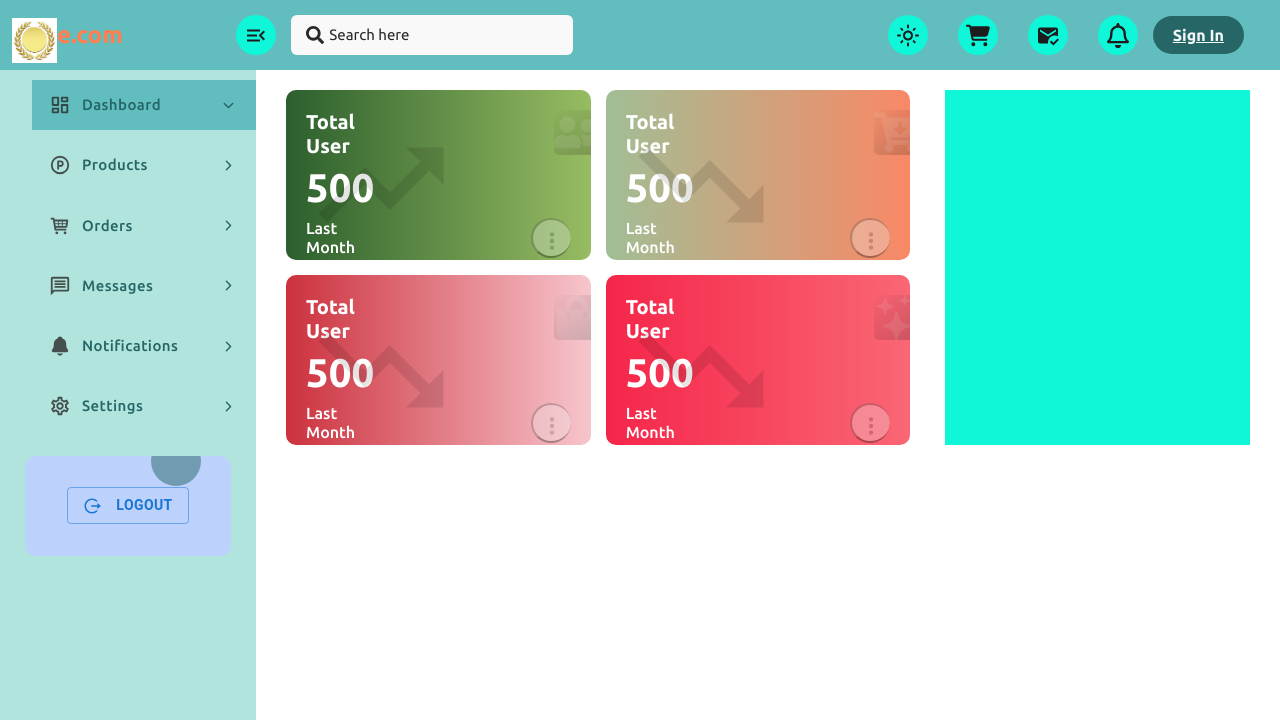
Repository: gautamsonam011/admin-react-dashboard
Page: /
These files come from the project's save history. The page is drawn as it stood at one moment and after the next save; the edit follows.
The browser window is 1280 px wide. The pictures show the whole page.
The project was rebuilt for these pictures with package versions that can differ from the ones it lists, and the page was loaded fresh each time. Also part of the build but not shown: src/pages/Login/index.jsx, src/pages/SignUp/index.jsx.

Above is the page before, as saved 2025-04-28 22:45:55.

### src/App.js
import { BrowserRouter, Routes, Route } from 'react-router-dom';
import './App.css';
import 'bootstrap/dist/css/bootstrap.min.css';
import Dashboard from './pages/Dashboard/Dashboard';
import Header from "./components/Header/index";
import Sidebar from './components/Sidebar';
import { useState, createContext, useEffect } from 'react';
import Login from './pages/Login';
import SignUp from './pages/SignUp';

const MyContext = createContext();

function App() {

  const [isToggleSider, setIsToggleSider] = useState(false);
  const [isLogin, setIsLogin] = useState(false);
  const [isHideSidebarHeader, setisHideSidebarHeader] = useState(false);
  const [themeMode, setThemeMode] = useState(true);


  useEffect(()=>{
    if(themeMode === true){
      document.body.classList.remove('dark');
      document.body.classList.add('light');
      localStorage.setItem('themeMode', 'light');

    }
    else{
      document.body.classList.remove('light');
      document.body.classList.add('dark');
      localStorage.setItem('themeMode', 'dark');
    }


  }, [themeMode]);

  const values = {
    isToggleSider,
    setIsToggleSider,
    isLogin,
    setIsLogin,
    isHideSidebarHeader,
    setisHideSidebarHeader,
    themeMode,
    setThemeMode,

  }


  return (
    <BrowserRouter>
      <MyContext.Provider value={values}>
        {
         isHideSidebarHeader !== true && <Header />
        }

        <div className='main d-flex'>
          {
            isHideSidebarHeader !== true &&
            <div className={`sidebarWrapper ${isToggleSider===true ? 'toggle' : ''}`}>
            <Sidebar />
          </div>
          }

          <div className={`content ${isHideSidebarHeader === true && 'full'} ${isToggleSider===true ? 'toggle' : ''}`}>
            <Routes>
              <Route path="/" exact={true} element={<Dashboard />} />
              <Route path="/dashboard" exact={true} element={<Dashboard />} />
              <Route path="/login" exact={true} element={<Login />} />
              <Route path="/signup" exact={true} element={<SignUp/>} />
            </Routes>
          </div>
        </div>
      </MyContext.Provider>
    </BrowserRouter>
  );
}

export default App;
export {MyContext};

### src/App.css
@import url('https://fonts.googleapis.com/css2?family=Ubuntu:ital,wght@0,300;0,400;0,500;0,700;1,300;1,400;1,500;1,700&display=swap');

body{
  font-family: "Ubuntu", sans-serif !important;
  background-color: #f4f8f7;

}

header{
  width:100%;
  height: 70px;
  background-color:#62bebe;
  position: fixed;
  top:0px;
  left:0px;
  z-index: 1000;
}
header .logo{
  text-decoration: none;
}
header .logo img{
  margin-top: 10px;
  width:45px;

}

header .logo span{
color: coral;
font-weight: bolder;
font-size: 24px;
}
body.dark header{background:#112143;}

header button.rounded-circle{min-width:40px !important; width:40px !important; height: 40px !important; background-color:#0ff7d8 !important; margin: 15px;}
header button.rounded-circle svg{color:rgb(29, 27, 27); font-size: 25px !important; transition: all 0.2s ease-in-out;}
header button.rounded-circle:hover svg{color: #2585d4 !important;}
.searchBox{width:400px; height: 40px; background-color:#faf9f9; border-radius: 6px;padding: 3px 15px;}
.searchBox input{background: transparent;border:0px; outline:none; padding-left: 5px; font-size: 15px; color:#292929}
.searchBox input::-webkit-input-placeholder{color:#292929}
.searchBox svg{font-size: 18px; color:#292929 ;}
body.dark .searchBox{background: #0d224e !important;}
body.dark .searchBox input, body.dark .searchBox input::-webkit-input-placeholder{color: #c9c0c0 !important;}
body.dark header .logo span{color:#fff !important; opacity: 0.8;}

.userImg{display: flex; align-items:center; justify-content: center; overflow: hidden; width:40px; height: 40px; border:1px solid #0ff7d8; padding: 2px; border-radius: 100%;}
.userImg .rounded-circle{display: flex; align-items:center; justify-content: center; overflow: hidden; width: 40px; height: 40px; cursor: pointer; position: relative;}
.userImg .rounded-circle .img{object-fit: cover; width: 100%;}
.userInfo{padding-left: 10px;}
.userInfo h5{font-size: 15px; font-weight: 600; margin-bottom:0px; color: #266666;}

#account-menu li{font-size: 14px !important;}
#account-menu li svg{font-size: 20px !important}

.dropdown-info{padding-left: 6px;}
.dropdown-info h4{font-size: 15px; font-weight:600;margin-top: 2px; white-space: break-space; line-height: 21px;}
.dropdown-info p{font-size: 10px; color: #2585d4;}

body.dark header button.rounded-circle{background: #12254e !important;}
body.dark header button.rounded-circle svg{color:#fff !important;}
/* Style for sidebar  */

.main .sidebarWrapper{width: 20%; flex: 0 0 20%; transition: all 0.3s ease-in-out;}
.main .sidebarWrapper.toggle{width: 0%; flex: 0 0 0%;}
.btn-signin{padding: 7px 20px !important; background:#266666 !important; color: #f4f8f7 !important; font-weight: bold !important; border-radius:20px !important;}
.main .sidebarWrapper .sidebar{width:20%; height: 100vh; max-height: calc(100%-70px); position:fixed; top: 70px; left:0px; background:#b1e4dd; overflow-y: scroll; overflow-x: hidden; padding-bottom: 40px; transition: all 0.3s ease-in-out;}
.main .sidebarWrapper.toggle .sidebar{left:-100%;}

.main .sidebarWrapper .sidebar::-webkit-scrollbar-thumb{background: transparent !important; width:3px;}
.main .sidebarWrapper:hover .sidebar::-webkit-scrollbar{ background:#2585d4; width:3px;}
.main .sidebarWrapper .sidebar ul{margin-bottom:0px;}
.main .sidebarWrapper .sidebar ul li{list-style: none; margin-top:10px;}
.main .sidebarWrapper .sidebar ul li button{color:#266666; text-align: left; justify-content: left; border-radius:0px !important; padding: 12px 15px !important;
  align-items: center; text-transform: capitalize !important;font-family: "Ubuntu", sans-serif !important;
  margin-left: 0px; font-size: 15px !important;
}
.main .sidebarWrapper .sidebar ul li button .icon{display: flex; align-items:center; justify-content: center; width:25px; height:25px; margin-right: 10px;}
.main .sidebarWrapper .sidebar ul li button .icon svg{color:#292929; opacity: 0.8; font-size: 22px;}
.main .sidebarWrapper .sidebar ul li button .arrow{margin-left: auto; display: flex; align-items: center; justify-content: center; width: 25px; transition: all 0.3s ease-in-out}
.main .sidebarWrapper .sidebar ul li button:hover{background:#62bebe !important;}
.main .sidebarWrapper .sidebar ul li button.active{background: #62bebe !important;}
.main .sidebarWrapper .sidebar ul li button.active .arrow{transform: rotate(90deg);}

.main .sidebarWrapper .sidebar ul .submenu{padding: 0px 45px; position:relative; height:auto;}
.main .sidebarWrapper .sidebar ul .submenu::before{content:''; width:1px; height: 95%; position: absolute; top:0px; left:25px; background:rgba(0, 0, 0, 0.1);}
.main .sidebarWrapper .sidebar ul .submenu li{width:100%; list-style: none;}
.main .sidebarWrapper .sidebar ul .submenu li a{color:#266666 !important; text-decoration: none; font-family: "Ubuntu", sans-serif !important;
display: block; padding: 6px 0px; font-size: 14px !important; font-weight: 500; transition:all 0.3s}
.main .sidebarWrapper .sidebar ul .submenu li a:hover{color:#2585d4 !important;}

.main .sidebarWrapper .sidebar ul .submenuWrapper{transition:all 0.3s ease-in-out; height: 0px; overflow: hidden; }
.main .sidebarWrapper .sidebar ul .submenuWrapper.colapsed .submenu{opacity:0;}

.main .sidebarWrapper .sidebar ul .submenuWrapper.colapse{height:auto; overflow: inherit;}
.main .sidebarWrapper .sidebar ul .submenuWrapper.colapse .submenu{opacity:1; height:auto;}

.logoutWrapper{padding: 0px 25px;}
.logoutWrapper .logoutBox{width:100%; height:100px; padding: 25px; background:#bcd2fd; border-radius:10px; margin-bottom:20px; display:flex; align-items: center; justify-content: center;
position:relative; overflow:hidden;}
.logoutWrapper .logoutBox::before{content:''; width:50px; height:50px; background:#266666; border-radius: 100%; position:absolute; top: -20px; right: 30px; opacity:0.5}
.logoutWrapper .logoutBox::after{content:''; width:30px; height:30px; background:#266666; border-radius: 100%; position:absolute; top: -30px; left: 30px; opacity:0.5}
.logoutWrapper .logoutBox button{font-size:14px !important; font-weight: 600 !important; }
.logoutWrapper .logoutBox button svg{margin-right: 15px; font-size:18px;}

.main .content{width:80%; flex: 0 0 80%; transition: all 0.3s ease-in-out;}
.main .content.toggle{width:100%; flex: 0 0 100%;}

.dashboardBoxWrapperRow{margin-left: 20%;}
.right-content{padding: 90px 30px;}
.dashboardBoxWrapper{gap: 15px; width:100%; flex-wrap: wrap;}
.dashboardBoxWrapper .dashboardBox{width:48%; height: 170px; border-radius:10px; overflow: hidden; padding:20px; display: flex; flex-direction: column; justify-content: space-around; text-align: left !important; justify-content: flex-start;}
.dashboardBoxWrapperRow .box{width:100%; height: 100%; background:#0ff7d8;}

.dashboardBoxWrapper .dashboardBox .col1 h4{font-size: 20px; font-weight: 600;}
.dashboardBoxWrapper .dashboardBox .col1 span{font-size: 40px; font-weight: bold;}
.dashboardBoxWrapper .dashboardBox .icon { margin-left: 180px; display: flex; align-items:center; justify-content: center; width:45px; height: 45px; border-radius:5px; background-image: linear-gradient(to bottom right, rgba(0, 0, 0, 0), rgba(0, 0, 0, 0.2));}
.dashboardBoxWrapper .dashboardBox .icon svg{font-size: 45px; opacity: 0.1; color:#f4f8f7}

.dashboardBoxWrapper .dashboardBox button.toggleIcon {font-size: 22px; color:rgba(0,0,0,0.5); cursor: pointer; min-width: 40px !important; width: 40px !important; height: 40px !important; border-radius: 50% !important; margin-left: 170px; border-right: none; opacity: 0.3;}

.dashboardBoxWrapperRow .dashboardBoxWrapper .dashboardBox .chart{position:absolute; opacity: 0.1;}
.dashboardBoxWrapperRow .dashboardBoxWrapper .dashboardBox .chart svg{font-size: 150px; color: #000;}

/*  style for Login page */

.loginSection{
  width: 100%; height: 120hv; padding: 35px 25px;
  background:#f4f8f7; position: relative;
}
.loginbgimage{width:100%; height: 100%; opacity: 0.4; position: fixed; top: 0; left: 0; z-index: 99; pointer-events: none;}
.loginSection .loginBox{width: 400px; height: auto; margin: auto;}
.loginSection .loginBox .wrapper{width:100%; height: auto; background: #98becf;}
.full{max-width: 100% !important; flex: 0 0 100% !important; width: 100% !important;}
.loginSection .loginBox .wrapper .form-control{box-shadow: none !important; outline: none !important; padding-left: 40px;}
.loginSection .loginBox .wrapper .form-control:focus{border: 1px solid #0858f7 !important;}
.loginSection .loginBox .wrapper .form-group .icon{position: absolute; top: 6px; left: 15px; z-index: 100;}
.loginSection .loginBox .wrapper .form-group.focus .icon svg{color:#0858f7 !important;}
.loginSection .loginBox .wrapper .form-group .icon svg{color:#5e5d72;}
.toggleShowPassword{position: absolute; top: 5px; right: 10px; cursor: pointer;}
.toggleShowPassword svg{font-size: 22px;}
.btn-big{padding: 8px 25px !important; background:#0858f7 !important; color:#b1e4dd !important; font-size: 16px !important;}
.forgotPassword{color: #5e5d72; text-decoration: none;}
.forgotPassword:hover{color:#0858f7 !important;}
.loginSection .loginBox .wrapper .link{font-size: 14px;}
.loginSection .loginBox .wrapper .or span.line{display: block; width: 35%; height: 1px; background: rgba(0, 0, 0, 0.2);}
.loginSection .loginBox .wrapper .or span.txt{display: flex; align-items: center; justify-content: center; font-size: 16px; font-weight: 600; width: 50px; height: 50px; border: 1px solid rgba(0, 0, 0, 0.2); border-radius: 50%;}
.loginSection .loginBox .wrapper .form-group{margin-bottom: 12px;}
.loginwithGoogle{text-transform: capitalize !important; font-weight: bold !important;}
/* Registration Form */
.signupSection{background: #f1f1f1 !important; padding: 0px 0px; height: auto !important;}
.signupSection .loginBox{background: #f0f0f0 !important; position:relative; z-index: 100; width:100% !important; padding: 5px 25px !important;}
.signupSection .loginBox .wrapper{border: 0px !important; background: transparent !important; padding-top: 10px !important;}
.signupSection .part1{padding-left: 100px; margin-top: 150px !important; padding-right: 100px; }

h1, h2, h3, h4, h5, h6, p{color:#403e57;}
.signupSection .part1 h1{font-size: 40px; font-weight: bolder;}
.signupSection .part1 p{ font-size: 18px; font-weight: 600;}

### src/pages/Dashboard/Dashboard.jsx
import DashboardBox from "../../components/DashboardBox";
import { FaUserFriends } from "react-icons/fa";
import { FaCartArrowDown } from "react-icons/fa";
import { FaShoppingBag } from "react-icons/fa";
import { BsStars } from "react-icons/bs";
import { useEffect } from "react";


const Dashboard = () => {
    useEffect(() =>{
        window.scrollTo(0,0);
    })
    return (
        <div className="right-content w-100">
            <div className="row dashboardBoxWrapperRow ">
                <div className="col-md-8">
                    <div className="dashboardBoxWrapper d-flex">
                        <DashboardBox color={["#2C5F2D", "#97BC62"]} icon={<FaUserFriends/>} grow={true} />
                        <DashboardBox color={["#A1BE95", "#F98866"]} icon={<FaCartArrowDown/>} />
                        <DashboardBox color={["#CC313D", "#F7C5CC"]} icon={<FaShoppingBag/>} />
                        <DashboardBox color={["#F52549", "#FA6775"]} icon={<BsStars/>} />

                    </div>
                </div>
                <div className="col-md-4 pl-0">
                    <div className="box"></div>
                </div>
            </div>
        </div>
    )
}

export default Dashboard;

### src/components/Sidebar/index.jsx
import Button from '@mui/material/Button';
import { RiDashboardLine } from "react-icons/ri";
import { IoIosArrowForward } from "react-icons/io";
import { TbBrandProducthunt } from "react-icons/tb";
import { TiShoppingCart } from "react-icons/ti";
import { MdOutlineMessage } from "react-icons/md";
import { IoNotifications } from "react-icons/io5";
import { MdOutlineSettings } from "react-icons/md";
import { Link } from 'react-router-dom';
import React, { useState} from "react";
import { RiLogoutCircleRLine } from "react-icons/ri";
// import { MyContext } from '../../App';

const Sidebar = () =>{
    const [activeTab, setActiveTab] = useState(0);
    const [isToggleSubmenu, setIsToggleSubmenu] = useState(false);

    // const context = useContext(MyContext);

    const isOpenSubmenu = (index) =>{
        setActiveTab(index);
        setIsToggleSubmenu(!isToggleSubmenu);


    }

    return(
        <div className="sidebar">
            <ul>
                <li>
                    <Link to="/">
                    <Button className={`w-100 ${activeTab === 0 ? 'active' : ''}`} onClick={()=>isOpenSubmenu(0)}>
                        <span className='icon'><RiDashboardLine/></span>
                        Dashboard
                        <span className="arrow"><IoIosArrowForward/></span>
                    </Button>
                    </Link>
                </li>
                <li>
                    <Button className={`w-100 ${activeTab === 1 && isToggleSubmenu===true ?  'active' : ''}`} onClick={()=>isOpenSubmenu(1)}>
                        <span className='icon'><TbBrandProducthunt/></span>
                        Products
                        <span className="arrow"><IoIosArrowForward/></span>
                    </Button>
                    <div className={`submenuWrapper ${activeTab===1 && isToggleSubmenu===true ? 'colapse':'colapsed'}`}>
                    <ul className='submenu'>
                        <li><Link to="#">Product Add</Link></li>
                        <li><Link to="#">Product List</Link></li>
                        <li><Link to="#">Product View</Link></li>
                    </ul>
                    </div>
                </li>
                <li>
                    <Link to="/">
                    <Button className={`w-100 ${activeTab === 2 ? 'active' : ''}`} onClick={()=>isOpenSubmenu(2)}>
                        <span className='icon'><TiShoppingCart/></span>
                        Orders
                        <span className="arrow"><IoIosArrowForward/></span>
                    </Button>
                    </Link>
                </li>
                <li>
                    <Link to="/">
                    <Button className={`w-100 ${activeTab === 3 ? 'active' : ''}`} onClick={()=>isOpenSubmenu(3)}>
                        <span className='icon'><MdOutlineMessage/></span>
                        Messages
                        <span className="arrow"><IoIosArrowForward/></span>
                    </Button>
                    </Link>
                </li>
                <li>
                    <Link to="/">
                    <Button className={`w-100 ${activeTab === 4 ? 'active' : ''}`} onClick={()=>isOpenSubmenu(4)}>
                        <span className='icon'><IoNotifications/></span>
                        Notifications
                        <span className="arrow"><IoIosArrowForward/></span>
                    </Button>
                    </Link>
                </li>
                <li>
                    <Link to="/">
                    <Button className={`w-100 ${activeTab === 5 ? 'active' : ''}`} onClick={()=>isOpenSubmenu(5)}>
                        <span className='icon'><MdOutlineSettings /></span>
                        Settings
                        <span className="arrow"><IoIosArrowForward/></span>
                    </Button>
                    </Link>
                </li>
            </ul>
            <br/>
            <div className="logoutWrapper">
                <div className="logoutBox">
            <Button variant="outlined"> <RiLogoutCircleRLine/>Logout</Button>
            </div>
            </div>
        </div>
    )
}

export default Sidebar

### src/components/DashboardBox.jsx

import { HiDotsVertical } from "react-icons/hi";
import TrendingUpIcon from '@mui/icons-material/TrendingUp';
import TrendingDownIcon from '@mui/icons-material/TrendingDown';

const DashboardBox = (props) => {

    return (
        <div className="dashboardBox" style={{
            backgroundImage: `linear-gradient(to right, ${props.color?.[0]}, ${props.color?.[1]})`
        }}
        >
            {
                props.grow === true ?
                <span className="chart"><TrendingUpIcon/></span>
                :
                <span className="chart"><TrendingDownIcon/></span>
            }
            <div className="d-flex w-100">
                <div className="col1">
                    <h4 className="text-white mb-0">Total User</h4>
                    <span className="text-white">500</span>
                </div>
                <div className="ml-auto">
                    {
                        props.icon ?
                        <span className="icon">
                            {props.icon ? props.icon : ''}
                            </span>
                            :
                            ''
                    }

                </div>

            </div>
            <div className="d-flex align-items-center">
                <h6 className="text-white mb-0 mt-0">Last Month</h6>
                <button className="ml-auto toggleIcon"><HiDotsVertical/></button>
            </div>
        </div>


    )

}

export default DashboardBox;

### src/components/SearchBox.jsx
import { FaSearch } from "react-icons/fa";

const SearchBox = () =>{
    return (
        <div className="searchBox position-relative d-flex align-items-center">
            <FaSearch className="mr-2" />
            <input type="text" placeholder="Search here"  />
        </div>
    )
}

export default SearchBox;

Loaded but not shown: public/index.html (common file); src/index.js (common file); src/reportWebVitals.js (common file); src/components/Header/index.jsx (239 lines, source omitted)

After the next save:
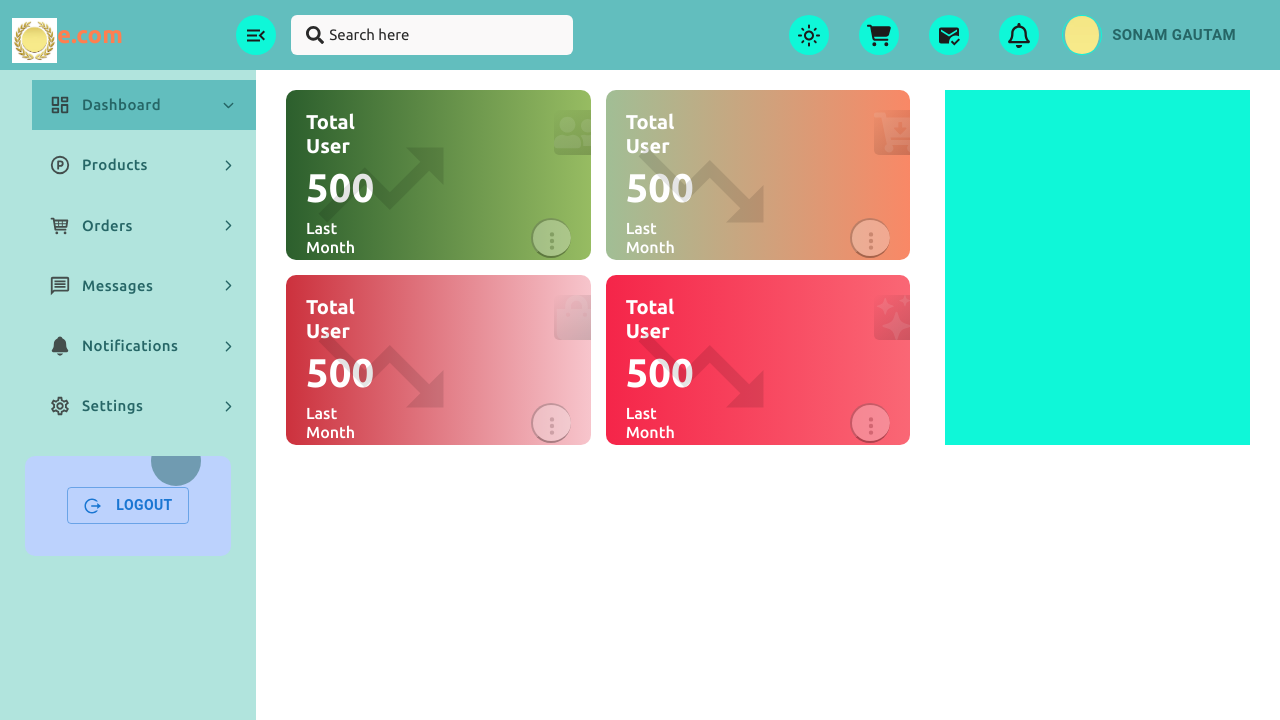
Saved 119 s later.
--- a/src/App.js
+++ b/src/App.js
@@ -13,7 +13,7 @@ const MyContext = createContext();
 function App() {
 
   const [isToggleSider, setIsToggleSider] = useState(false);
-  const [isLogin, setIsLogin] = useState(false);
+  const [isLogin, setIsLogin] = useState(true);
   const [isHideSidebarHeader, setisHideSidebarHeader] = useState(false);
   const [themeMode, setThemeMode] = useState(true);
 
